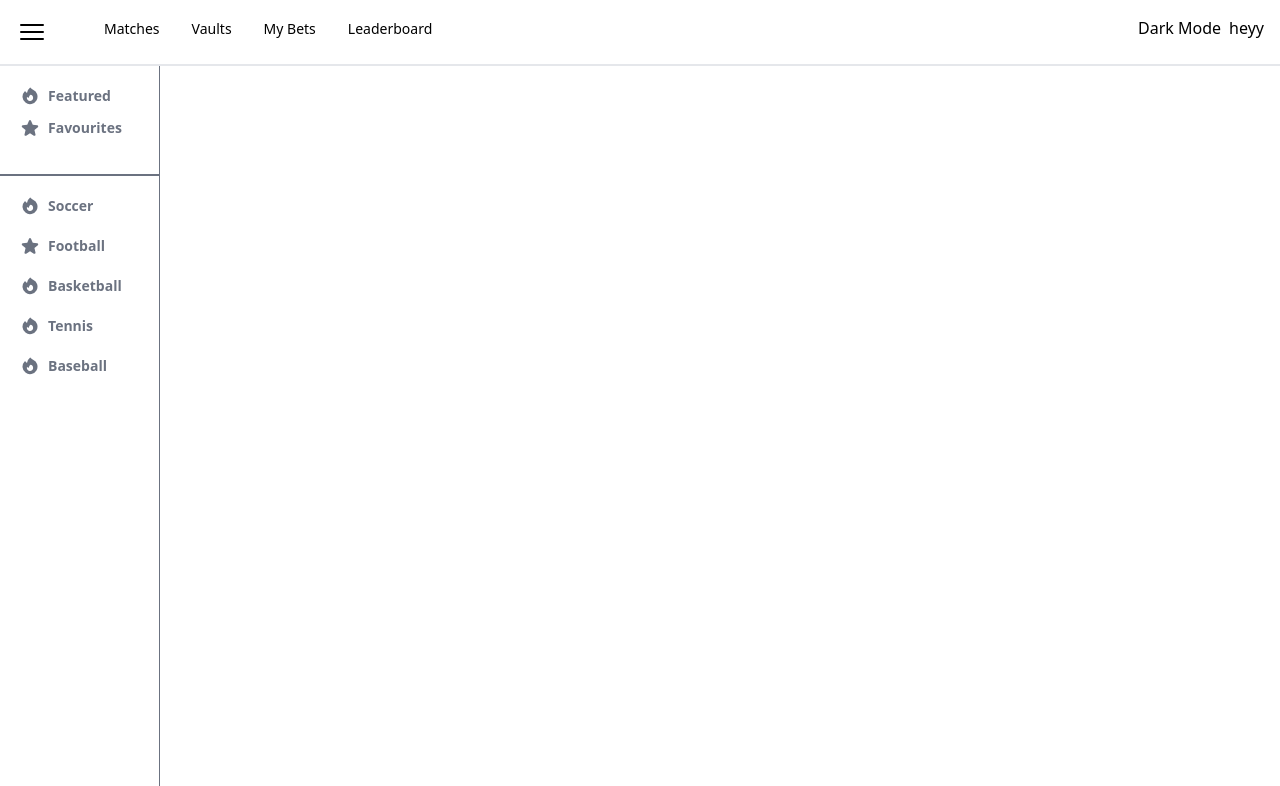
Repository: thekingisherenow/Betterbook
Page: /
The author's editor kept a copy of each file at every save. The page is drawn from the files as they stood at one save, then again after the next save.
The browser window is 1280 px wide. The pictures show the whole page.
The project was rebuilt for these pictures with package versions that can differ from the ones it lists, and the page was loaded fresh each time. The framework's server and built-in components were replaced by stand-ins that run in the browser. Also part of the build but not shown: next.config.js.

Above is the page before, as saved 2023-01-16 23:27:22.

After the next save:
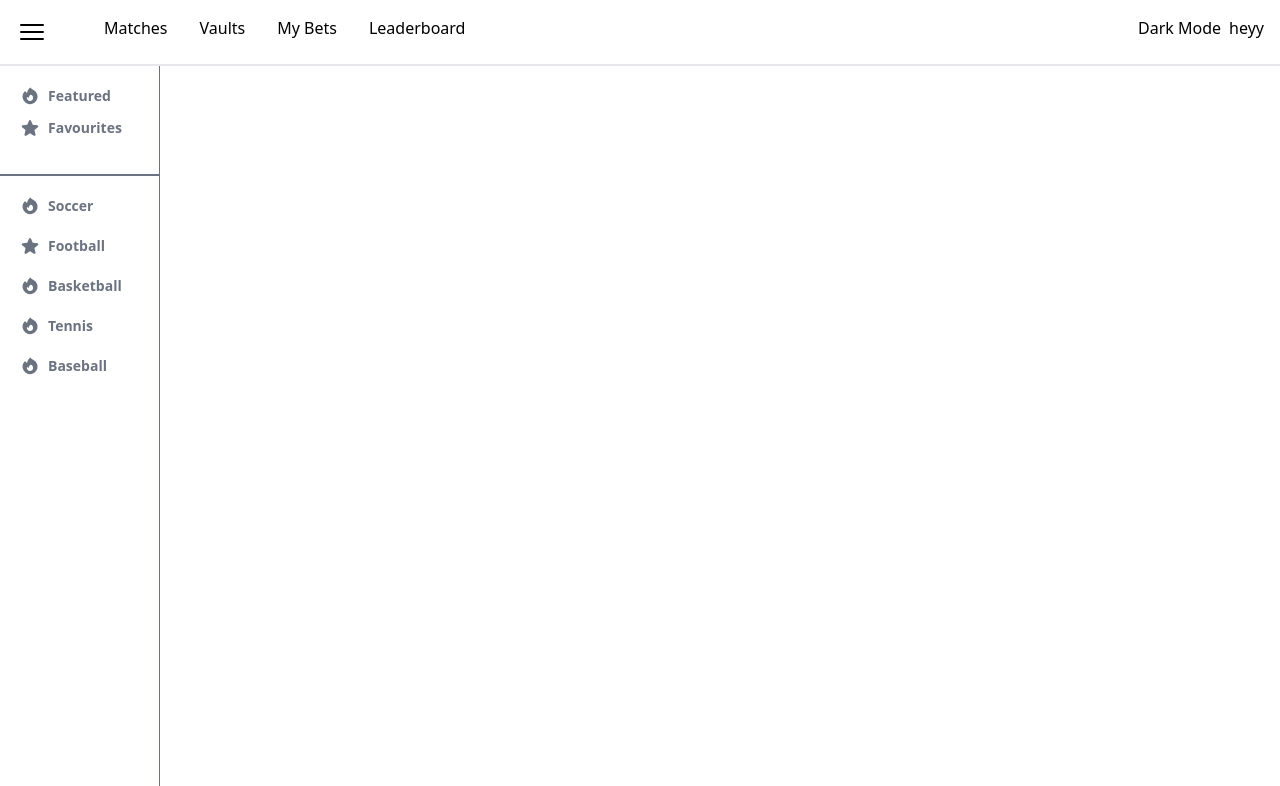
Saved 26 s later.
--- a/src/components/Typography/NavLink.tsx
+++ b/src/components/Typography/NavLink.tsx
@@ -11,7 +11,7 @@ type Props = {
 function NavLink({category,isActive}:Props) {
   return (
     <Link href={'/${category}'}
-        className={`cursor-pointer p-4 text-sm hover:font-bold hover:scale-110 transition-transform duration-200 ease-out ${isActive && 'text-blue-500 font-bold '}`}
+        className={`cursor-pointer p-4  hover:font-bold hover:scale-110 transition-transform duration-200 ease-out ${isActive && 'text-blue-500  '}`}
     >
       {category}
     </Link>
